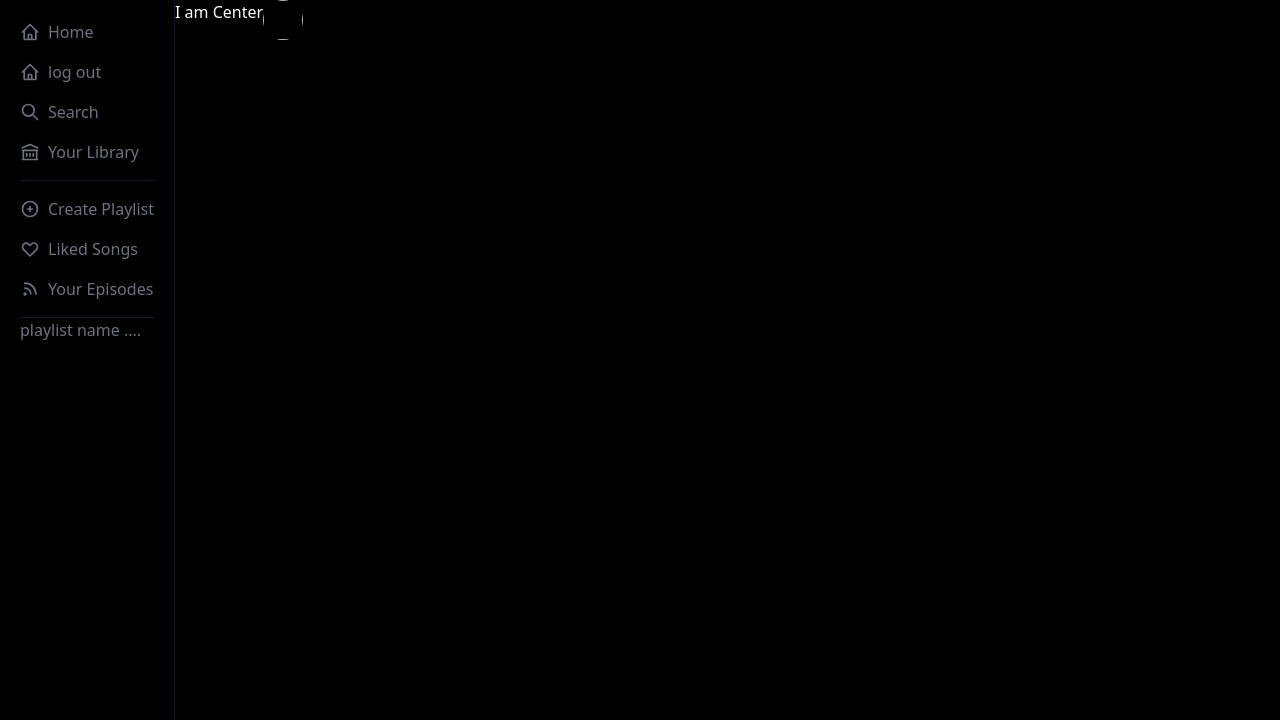
Repository: SehajBindra/Spotify-clone
Page: /
These files come from the project's save history. The page is drawn as it stood at one moment and after the next save; the edit follows.
The browser window is 1280 px wide. The pictures show the whole page.
The page's requests for data from a server got no answer. The project was rebuilt for these pictures with package versions that can differ from the ones it lists, and the page was loaded fresh each time. The framework's server and built-in components were replaced by stand-ins that run in the browser. No one was signed in, and anything a server would have sent is missing. Also part of the build but not shown: next.config.js, styles/Home.module.css.

Above is the page before, as saved 2022-07-09 18:36:00.

After the next save:
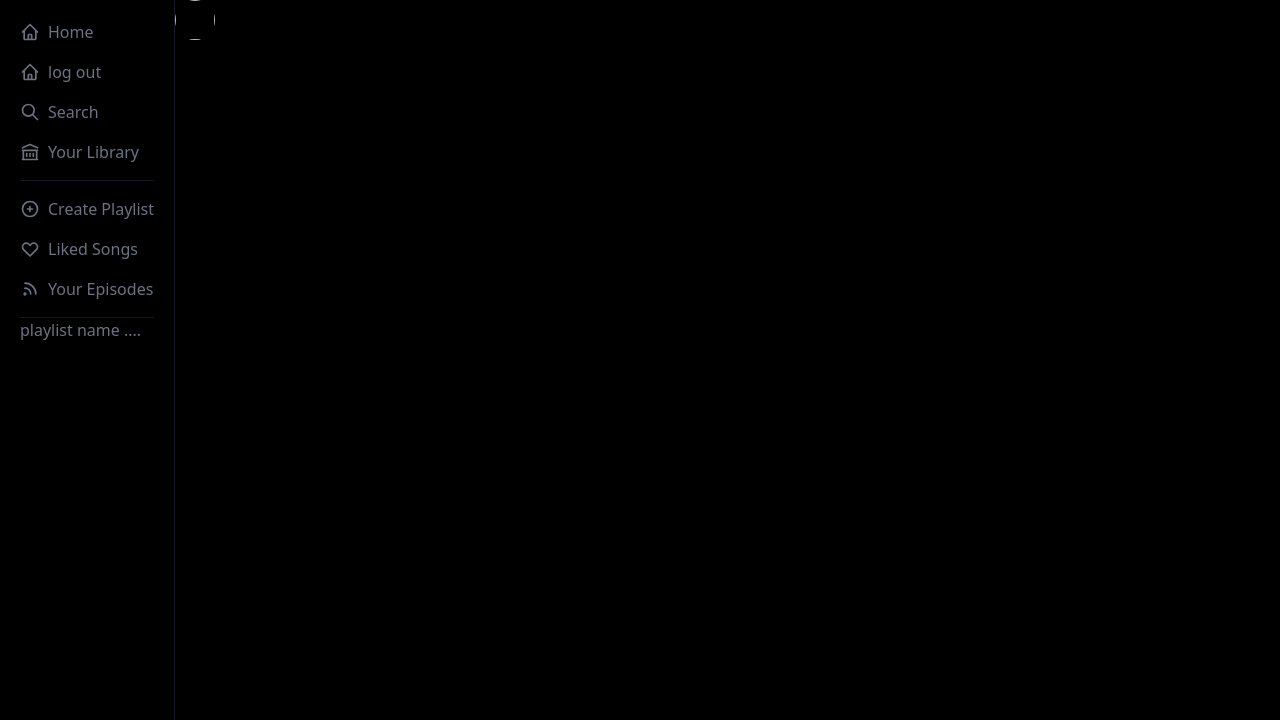
Saved 12 s later.
--- a/components/Center.js
+++ b/components/Center.js
@@ -5,7 +5,6 @@ function Center() {
   const { data: session } = useSession();
   return (
     <div className=" flex flex-grow text-white">
-      <h1 className=""> I am Center</h1>
       <header>
         <img
           className=" rounded-full w-10 h-10"
